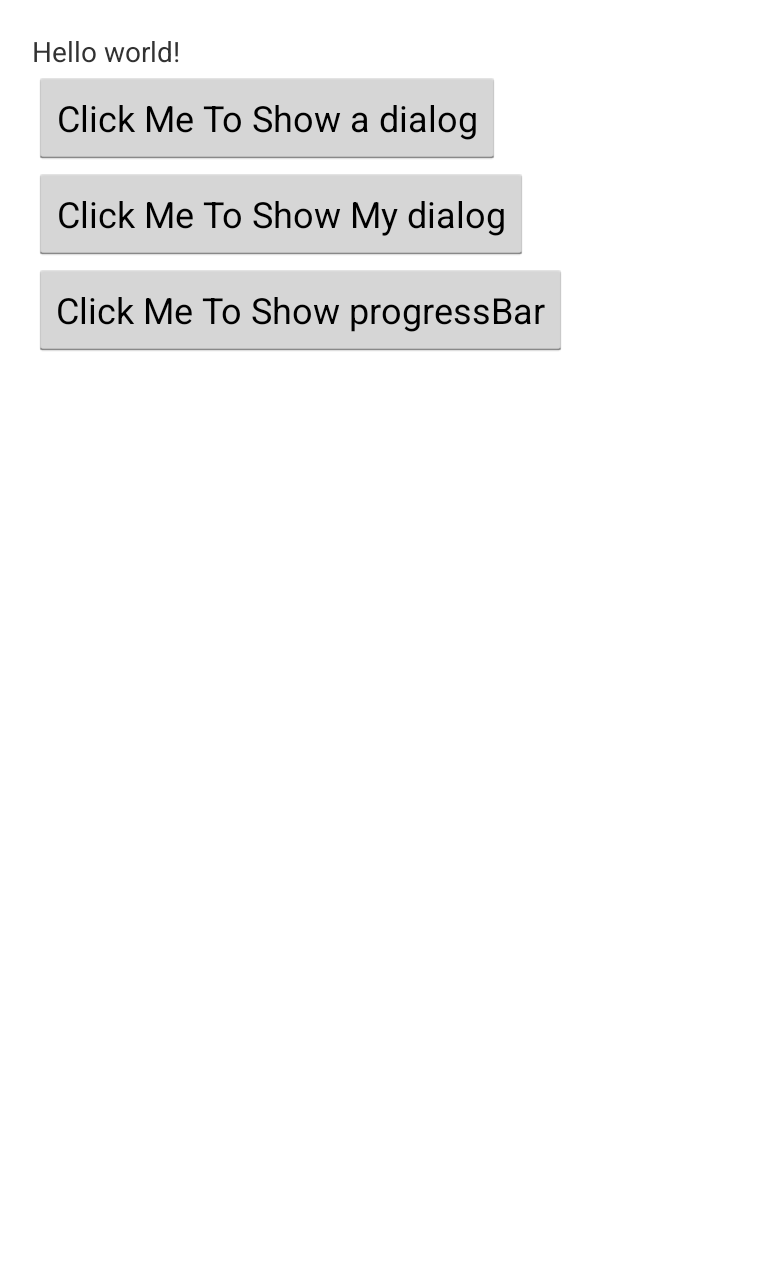
Repository: libelosophy/anjoyo
Layout: workspace/DialogDemo/res/layout/activity_dialog_demo.xml
The author's editor kept a copy of each file at every save. The layout is drawn from the files as they stood at one save, then again after the next save.
It is drawn on a 768 x 1280 px phone screen (xhdpi) without system bars, with theme AppTheme; the app's code is not run.

Above is the layout before, as saved 2013-09-12 02:15:26.

### workspace/DialogDemo/res/layout/activity_dialog_demo.xml
<RelativeLayout xmlns:android="http://schemas.android.com/apk/res/android"
    xmlns:tools="http://schemas.android.com/tools"
    android:layout_width="match_parent"
    android:layout_height="match_parent"
    android:paddingBottom="@dimen/activity_vertical_margin"
    android:paddingLeft="@dimen/activity_horizontal_margin"
    android:paddingRight="@dimen/activity_horizontal_margin"
    android:paddingTop="@dimen/activity_vertical_margin"
    tools:context=".DialogDemo" >

    <TextView
        android:id="@+id/hello"
        android:layout_width="wrap_content"
        android:layout_height="wrap_content"
        android:text="@string/hello_world" />


    <Button
        android:id="@+id/dialog_trigger_btn"
        android:layout_height="wrap_content"
        android:layout_width="wrap_content"
        android:text="@string/dialog_trigger_tips"
        android:layout_below="@id/hello"
         android:onClick="onClick"
        />
     <Button
        android:id="@+id/mydialog_trigger_btn"
        android:layout_height="wrap_content"
        android:layout_width="wrap_content"
        android:text="@string/mydialog_trigger_tips"
        android:layout_below="@id/dialog_trigger_btn"
        android:onClick="onClick"
        />
      <Button
        android:id="@+id/progress_trigger_btn"
        android:layout_height="wrap_content"
        android:layout_width="wrap_content"
        android:text="@string/progress_trigger_tips"
        android:layout_below="@id/mydialog_trigger_btn"
        android:onClick="onClick"
        />

</RelativeLayout>

### workspace/DialogDemo/res/values/strings.xml
<?xml version="1.0" encoding="utf-8"?>
<resources>

    <string name="app_name">DialogDemo</string>
    <string name="action_settings">Settings</string>
    <string name="hello_world">Hello world!</string>


    <string name ="dialog_trigger_tips">Click Me To Show a dialog</string>
	<string name ="mydialog_trigger_tips">Click Me To Show My dialog</string>
    <string name ="progress_trigger_tips">Click Me To Show progressBar</string>

     <string name ="datapick_trigger_tips">Click Me To Show Data picker</string>

</resources>

Loaded but not shown: workspace/DialogDemo/res/values/styles.xml (common file); workspace/DialogDemo/res/values-v11/styles.xml (common file); workspace/DialogDemo/res/values-v14/styles.xml (common file); workspace/DialogDemo/res/values/dimens.xml (common file)

After the next save:
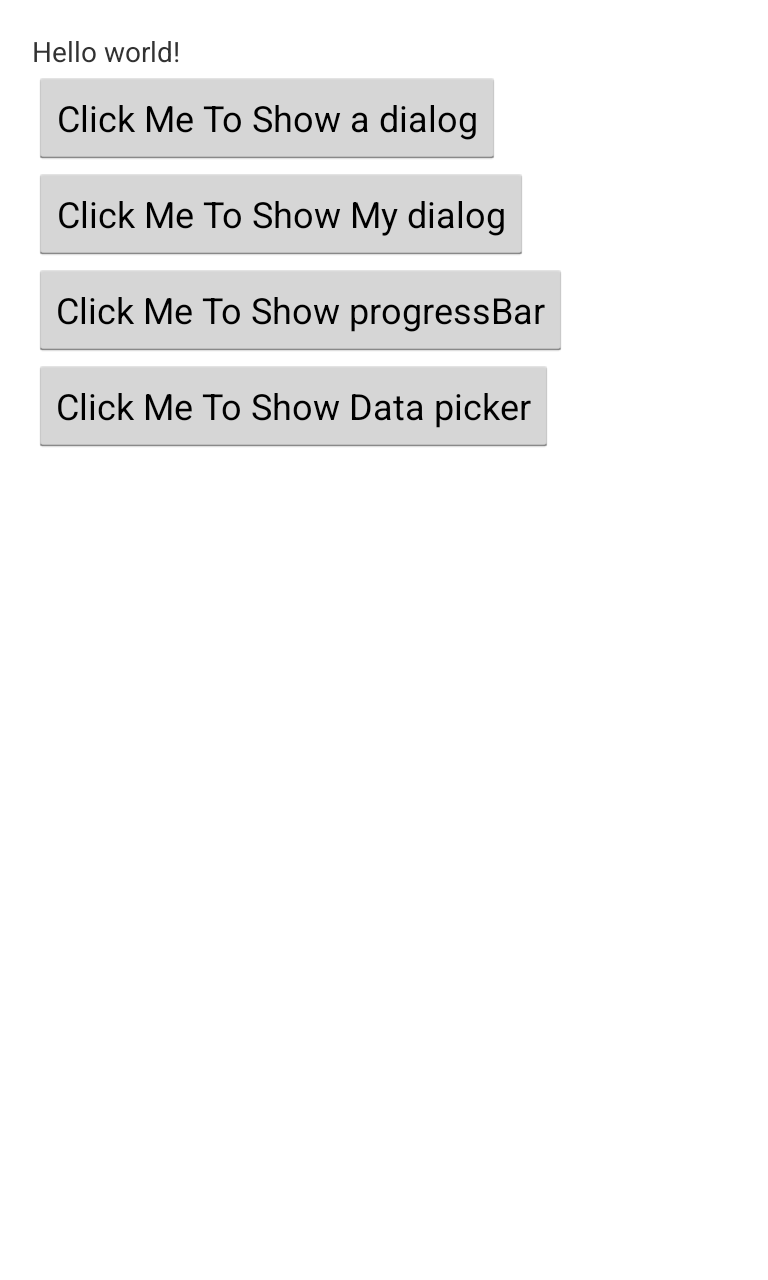
Saved 10 s later.
--- a/workspace/DialogDemo/res/layout/activity_dialog_demo.xml
+++ b/workspace/DialogDemo/res/layout/activity_dialog_demo.xml
@@ -40,4 +40,13 @@
         android:onClick="onClick"
         />
 
+       <Button
+        android:id="@+id/datapick_trigger_btn"
+        android:layout_height="wrap_content"
+        android:layout_width="wrap_content"
+        android:text="@string/datapick_trigger_tips"
+        android:layout_below="@id/progress_trigger_btn"
+        android:onClick="onClick"
+        />
+
 </RelativeLayout>
